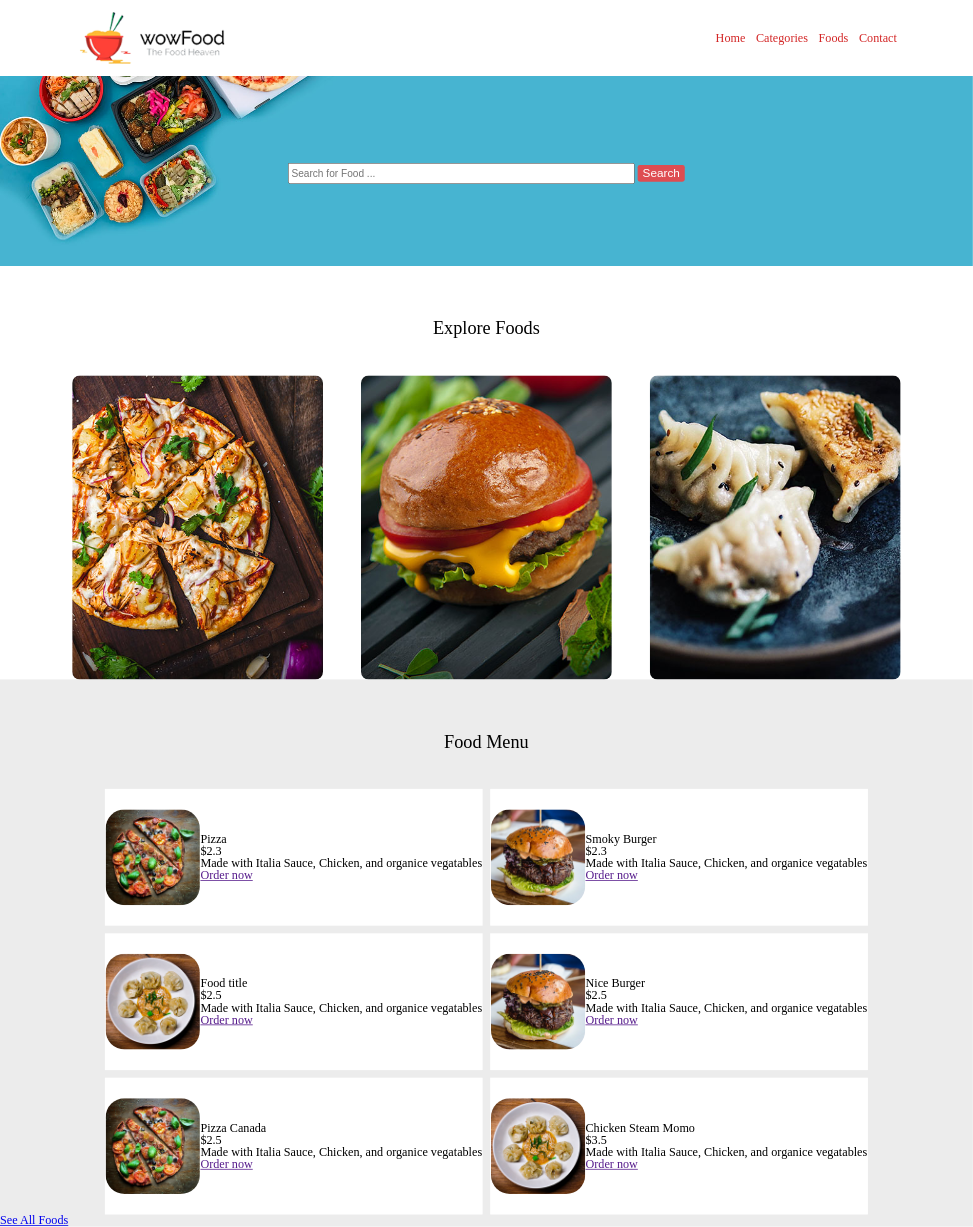
Repository: ruaruababa/WowFood
Page: index.html
The author's editor kept a copy of each file at every save. The page is drawn from the files as they stood at one save, then again after the next save.
The browser window is 1280 px wide. The pictures show the whole page, at 76% of full size.

Above is the page before, as saved 2021-09-18 00:44:10.

After the next save:
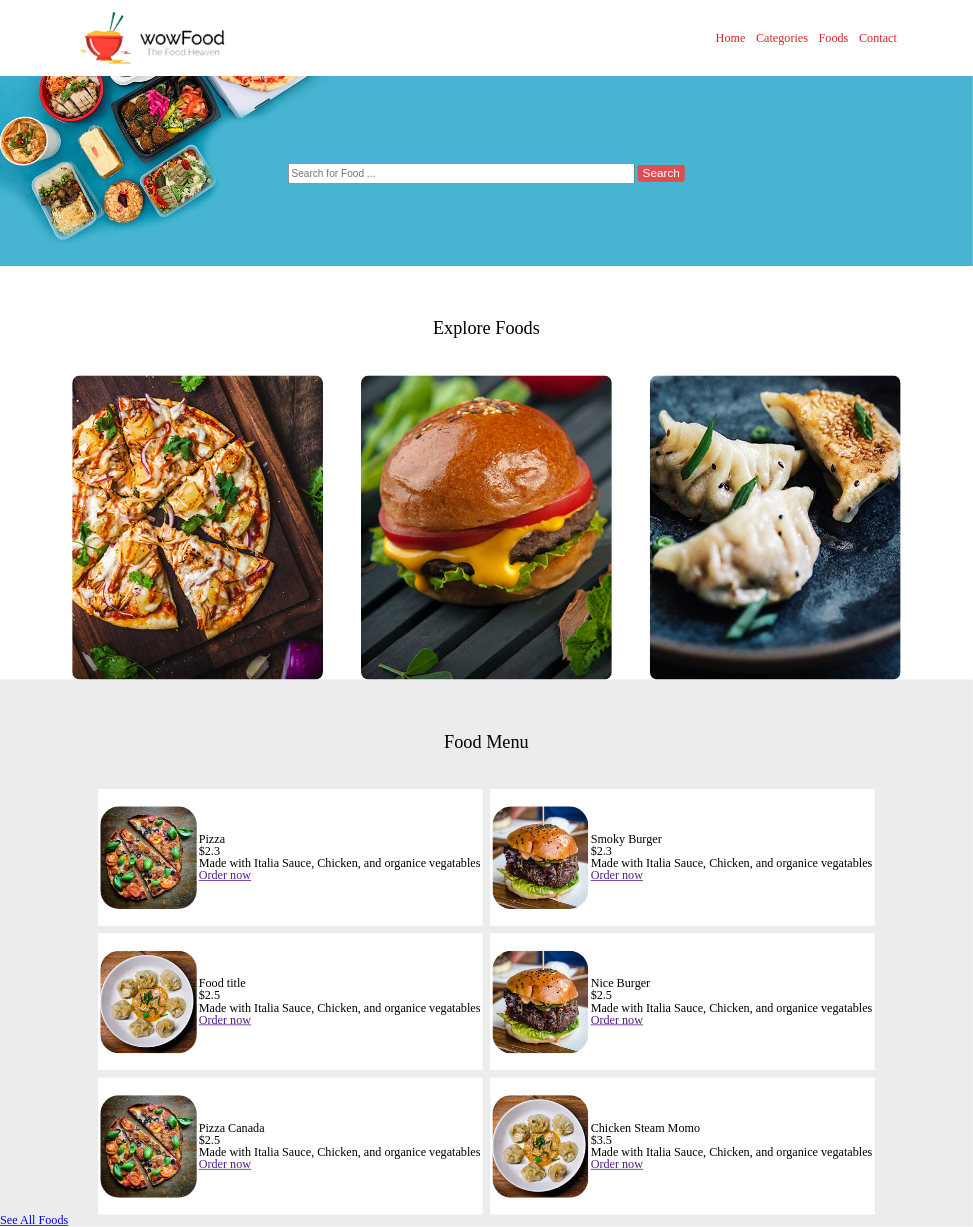
Saved 17 s later.
--- a/style.css
+++ b/style.css
@@ -140,7 +140,7 @@ article{
 }
 .container-item img{
     width: 25%;
-    height: 70%;
+    height: 75%;
     object-fit: cover;
     border-radius: 25px;
 }

After the save that followed:
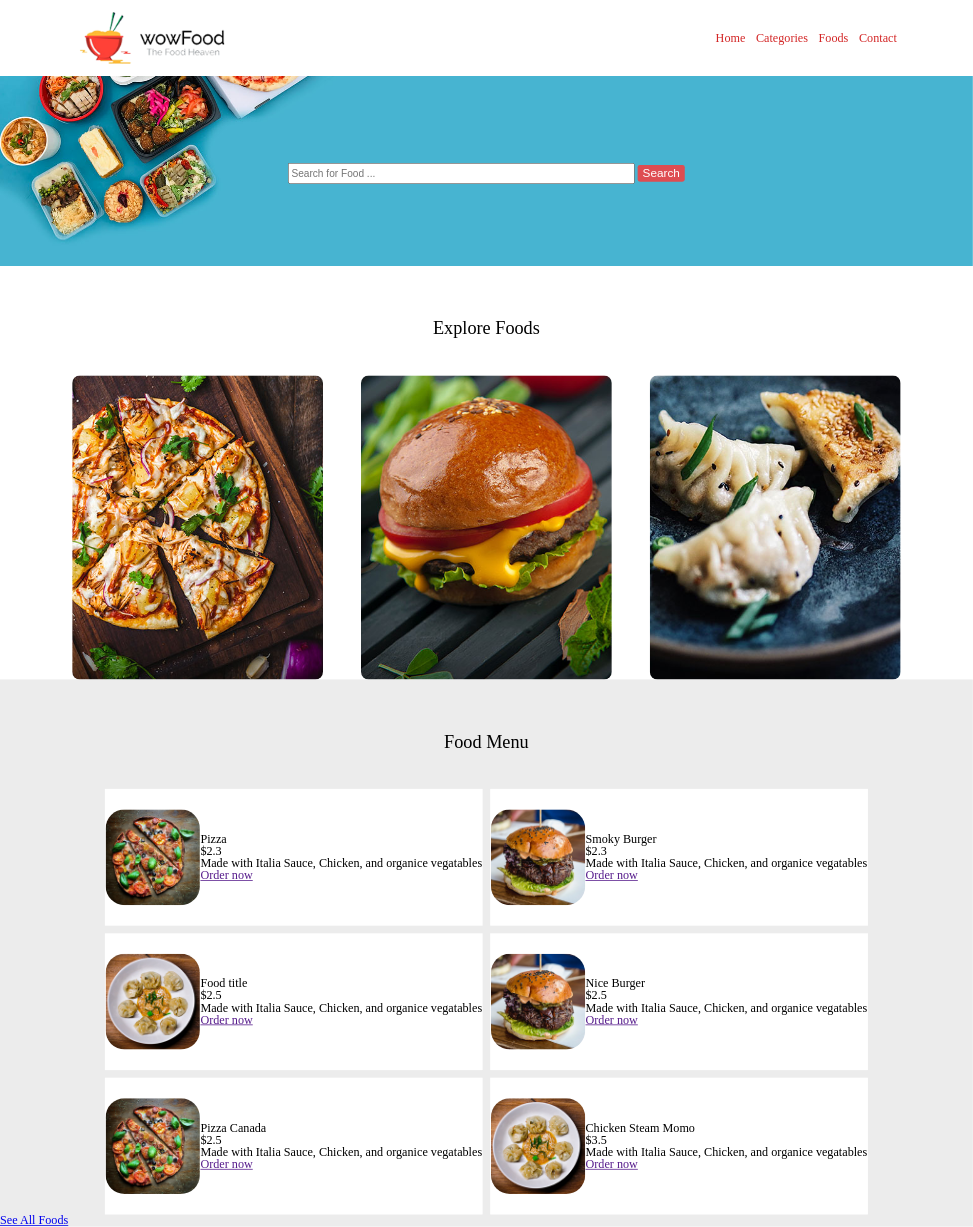
Saved 5 s later.
--- a/style.css
+++ b/style.css
@@ -140,7 +140,7 @@ article{
 }
 .container-item img{
     width: 25%;
-    height: 75%;
+    height: 70%;
     object-fit: cover;
     border-radius: 25px;
 }
